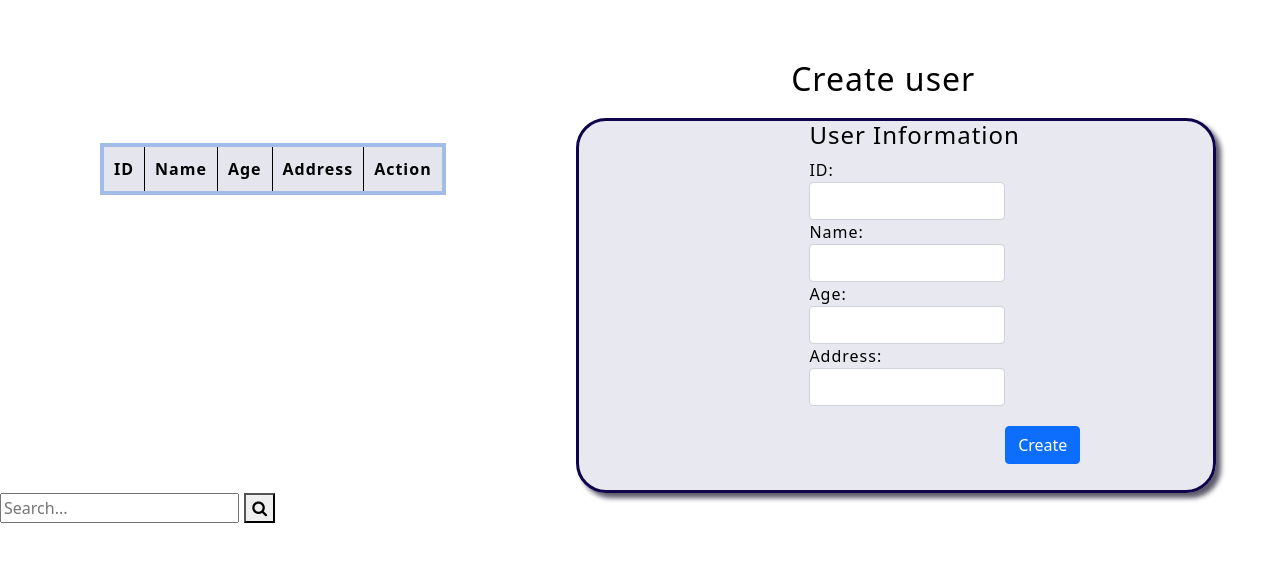
Repository: minhtuan16/JS-Basic
Page: CRUD-Department/create.html
The author's editor kept a copy of each file at every save. The page is drawn from the files as they stood at one save, then again after the next save.
The browser window is 1280 px wide. The pictures show the whole page.

Above is the page before, as saved 2022-06-09 00:38:27.

After the next save:
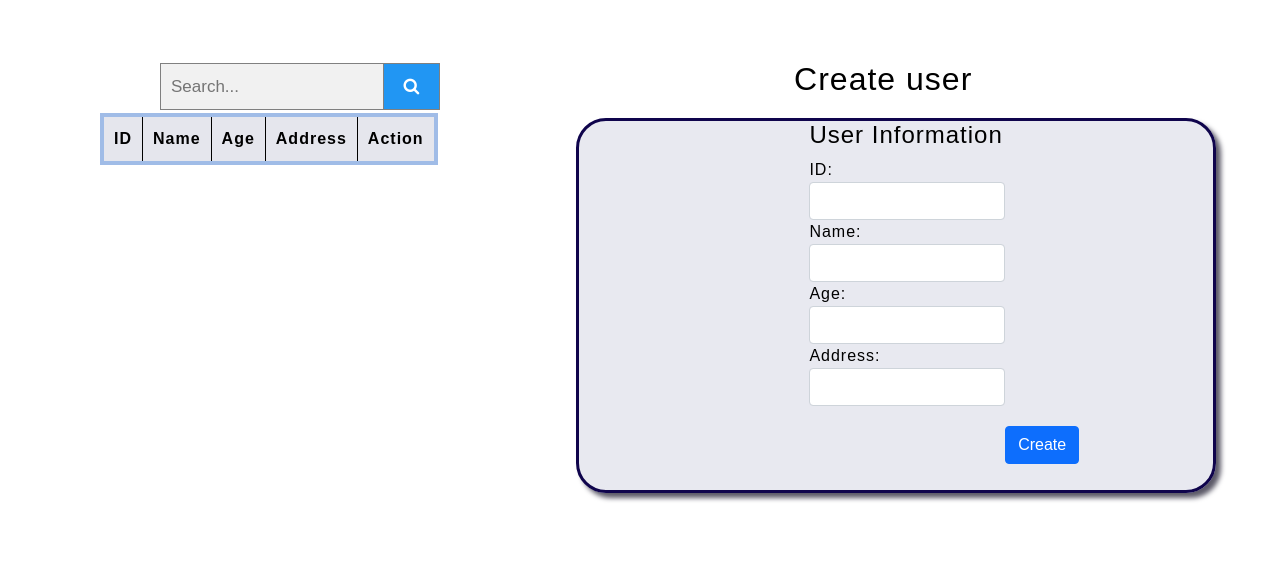
Saved 24 s later.
--- a/CRUD-Department/create.html
+++ b/CRUD-Department/create.html
@@ -7,7 +7,7 @@
     <link rel="stylesheet" href="https://cdnjs.cloudflare.com/ajax/libs/font-awesome/4.7.0/css/font-awesome.min.css">
     <link href="https://cdn.jsdelivr.net/npm/bootstrap@5.1.3/dist/css/bootstrap.min.css" rel="stylesheet" integrity="sha384-1BmE4kWBq78iYhFldvKuhfTAU6auU8tT94WrHftjDbrCEXSU1oBoqyl2QvZ6jIW3" crossorigin="anonymous">
     <link rel="stylesheet" href="styles/style.css">
-    <!-- <link rel="stylesheet" href="styles/search.css"> -->
+    <link rel="stylesheet" href="styles/search.css">
     <title>User</title>
 </head>
 <body>
